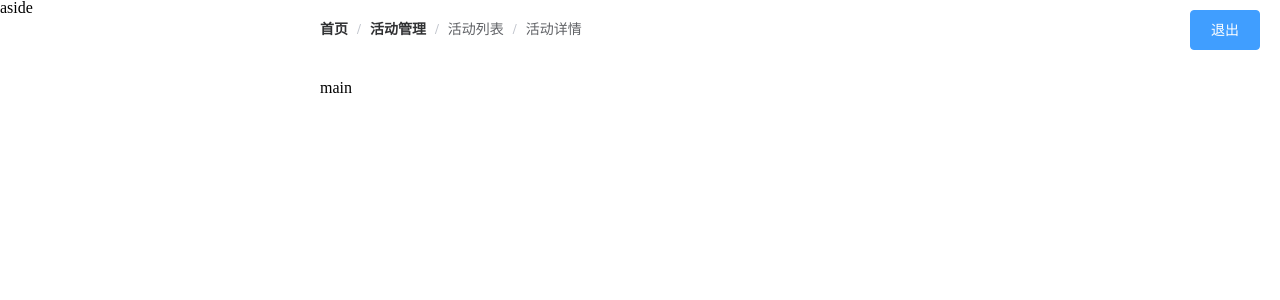
Repository: code1379/vue2-element
Page: /#/ (app in element-admin/)
An editor plug-in stored every save of this project. The page is shown before and after the next save, followed by the edit.
The browser window is 1280 px wide. The pictures show the whole page.
The project was rebuilt for these pictures with package versions that can differ from the ones it lists, and the page was loaded fresh each time. Also part of the build but not shown: element-admin/vue.config.js.

Above is the page before, as saved 2021-06-14 22:10:28.

### element-admin/src/main.js
import Vue from 'vue';
import App from './App.vue';
import router from './router';
import store from './store';
import ElementUI from 'element-ui';
import 'element-ui/lib/theme-chalk/index.css';
import './assets/css/index.css';
import axios from 'axios';

Vue.config.productionTip = false;

Vue.use(ElementUI);

Vue.prototype.$http = axios;

axios.defaults.baseURL = "http://localhost:8889"

new Vue({
  router,
  store,
  render: (h) => h(App)
}).$mount('#app');

### element-admin/src/App.vue
<template>
  <div id="app">
    <router-view />
  </div>
</template>

<style>

</style>

### element-admin/src/router/index.js
import Vue from 'vue'
import VueRouter from 'vue-router'

Vue.use(VueRouter)

const routes = [
  {
    path: '/',
    redirect: "/home"
  },
  {
    path: '/home',
    name: 'Home',
    component: () => import('../views/home/Home.vue')
  },
  {
    path: '/login',
    name: 'Login',
    component: () => import('../views/login/Login.vue')
  }
];

const router = new VueRouter({
  routes
})

export default router

### element-admin/src/views/home/Home.vue
<template>
  <el-container class="home">
    <el-aside class="sidebar" style="width: 300px;"> aside </el-aside>
    <el-container>
      <el-header class="header">
        <!-- 面包屑 -->
        <el-breadcrumb separator="/">
          <el-breadcrumb-item :to="{ path: '/' }">首页</el-breadcrumb-item>
          <el-breadcrumb-item><a href="/">活动管理</a></el-breadcrumb-item>
          <el-breadcrumb-item>活动列表</el-breadcrumb-item>
          <el-breadcrumb-item>活动详情</el-breadcrumb-item>
        </el-breadcrumb>
        <!-- 退出 -->
        <el-button type="primary" class="exit">退出</el-button>
      </el-header>
      <el-main>main</el-main>
    </el-container>
  </el-container>
</template>

<script>
export default {
  name: "Home",
};
</script>

<style  scoped>
.home {
  height: 100vh;
}
.header {
  display: flex;
  justify-content: space-between;
  align-items: center;
}
</style>

Loaded but not shown: element-admin/public/index.html (common file); element-admin/src/store/index.js (common file); element-admin/src/assets/css/index.css (common file); element-admin/src/assets/css/reset.css (common file)

After the next save:
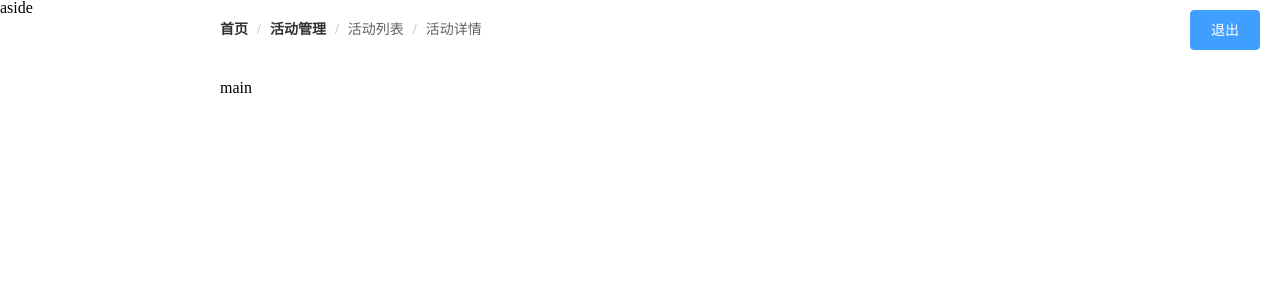
Saved 6 s later.
--- a/element-admin/src/views/home/Home.vue
+++ b/element-admin/src/views/home/Home.vue
@@ -1,6 +1,6 @@
 <template>
   <el-container class="home">
-    <el-aside class="sidebar" style="width: 300px;"> aside </el-aside>
+    <el-aside class="sidebar" style="width: 200px;"> aside </el-aside>
     <el-container>
       <el-header class="header">
         <!-- 面包屑 -->

After the save that followed:
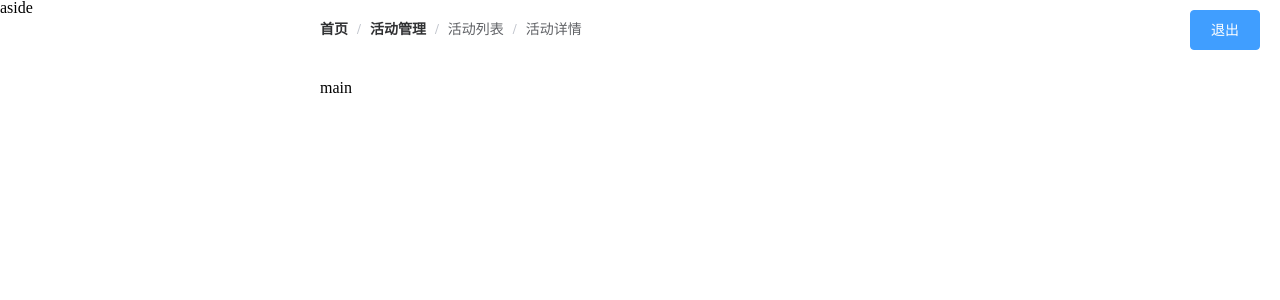
Saved 4 s later.
--- a/element-admin/src/views/home/Home.vue
+++ b/element-admin/src/views/home/Home.vue
@@ -1,6 +1,6 @@
 <template>
   <el-container class="home">
-    <el-aside class="sidebar" style="width: 200px;"> aside </el-aside>
+    <el-aside class="sidebar" style="width: 300px;"> aside </el-aside>
     <el-container>
       <el-header class="header">
         <!-- 面包屑 -->
